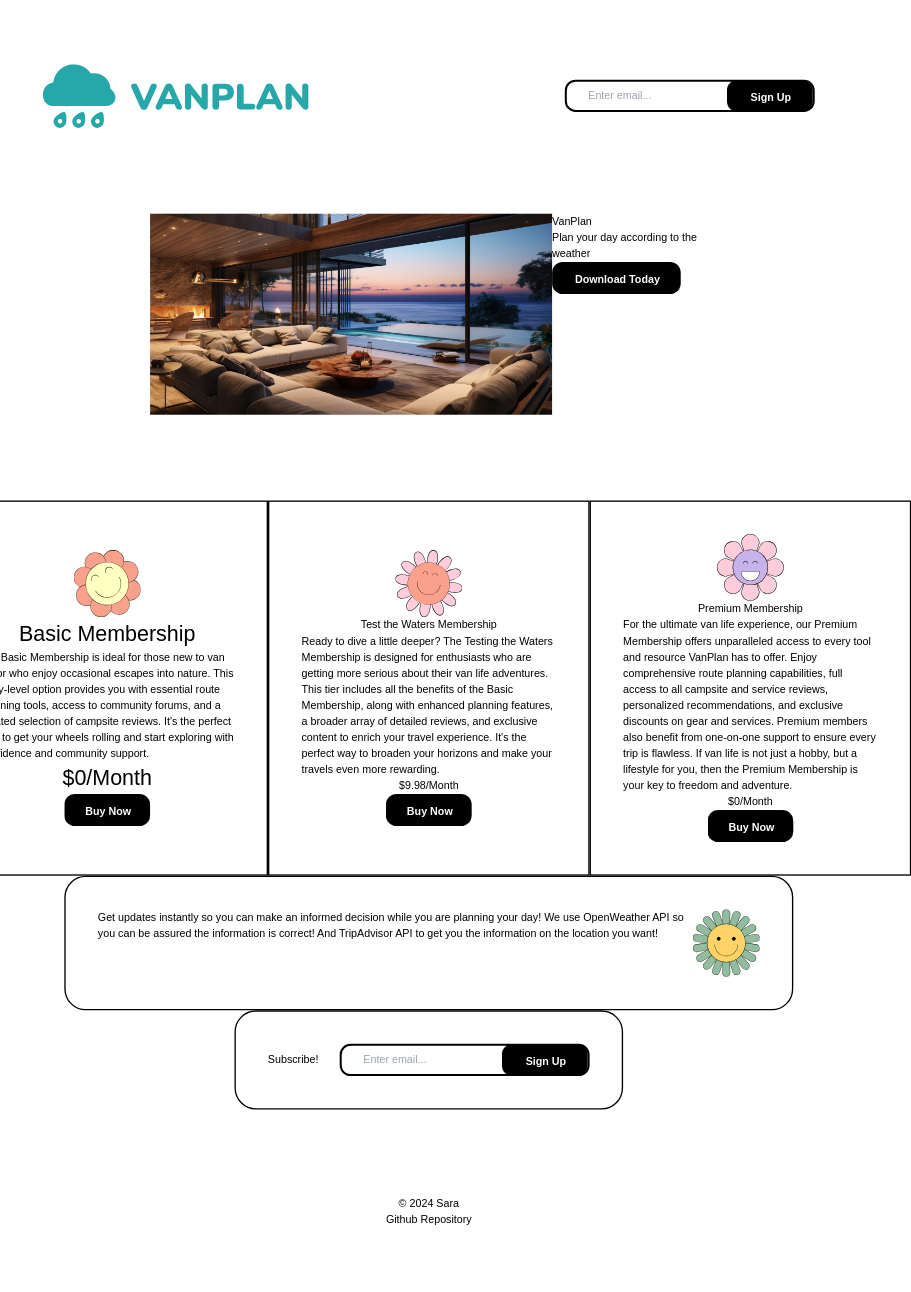
Repository: SaraShio/landing-page
Page: /
These files come from the project's save history. The page is drawn as it stood at one moment and after a run of saves; the edit follows.
The browser window is 1280 px wide. The page is 1360 px wide, so the pictures cover 1360 px, including what lies to the right of the window. The pictures show the whole page, at 67% of full size.
The project was rebuilt for these pictures with package versions that can differ from the ones it lists, and the page was loaded fresh each time. The framework's server and built-in components were replaced by stand-ins that run in the browser. Also part of the build but not shown: next.config.mjs.

Above is the page before, as saved 2024-03-08 21:37:19.

### src/pages/index.tsx
//import Spline from '@splinetool/react-spline';

import Image from "next/image";

import Header from "../../components/Header";
import Hero from "../../components/Hero";
import PriceCards from '../../components/PriceCards';
import SubBanner from "../../components/SubBanner";
import Subscribe from "../../components/Subscribe";
import Footer from "../../components/Footer";

export default function Home() {
  return (
    <main className={`flex min-h-screen flex-col items-center justify-between p-24`}>
      <Header />
      <Hero/>
      <PriceCards/>
      <SubBanner/>
      <Subscribe/>
      <Footer />
    </main>
  );
}

### src/styles/globals.css
@tailwind base;
@tailwind components;
@tailwind utilities;

@import url('https://fonts.googleapis.com/css2?family=Nunito:wght@400;600;700&display=swap');

:root {
 --black:#000000;
 --white: #FFFFFF;
 --light-gray: #B6B6B6;
 --teal: #26A8AB;
 --mint: #51BAA7;
 --salmon: #DB7F73;
 --light-green: #DCDFCC;

 --card-padding: 3rem;
}

body {
  font-family: 'Nunito', sans-serif;
}

### components/Header/index.tsx
import Image from "next/image";
import styles from "./Header.module.css";

export default function Header() {
  return (
    <>
      <div className={styles.header_container}>
        <div className={styles.logo_img}>
          <Image
            src="/images/green_logo.svg"
            alt="VanPlan Logo"
            width={400}
            height={400}
          />
        </div>

        <div className={styles.input_container}>
        <form>
            <input type="text" placeholder="Enter email...">

            </input>
        </form>
        <button className={styles.signup_button}>Sign Up</button>
        </div>
      </div>
    </>
  );
}

### components/Hero/index.tsx
import Image from "next/image";
import styles from "./Hero.module.css";

export default function Hero() {
  return (
    <>
      <div className={styles.hero_container}>
        <Image src="/images/test1.jpeg" alt="Test" width={600} height={600} />

        <div>
          <h1>VanPlan</h1>
          <h1>Plan your day according to the weather</h1>
          <button className={styles.download_button}>Download Today</button>
        </div>
      </div>
    </>
  );
}

### components/PriceCards/index.tsx
import styles from './PriceCards.module.css';

import CardOne from "../CardOne";
import CardTwo from "../CardTwo";
import CardThree from "../CardThree";

export default function PriceCards() {
  return (
    <>
      <div className={styles.price_card_container}>
        <CardOne />
        <CardTwo />
        <CardThree />
      </div>
    </>
  );
}

### components/SubBanner/index.tsx
import Image from "next/image";
import styles from "./SubBanner.module.css";


export default function SubBanner() {
  return (
    <main className={styles.sub_banner_container}>

    <h1>Get updates instantly so you can make an informed decision while you are planning your day! We use OpenWeather API so you can be assured the information is correct! And TripAdvisor API to get you the information on the location you want!</h1>

    <Image src="/images/test5.svg" alt="Test" width={100} height={100} />


    </main>
  );
}

### components/Subscribe/index.tsx
import Image from "next/image";
import styles from "./Subscribe.module.css";

export default function Subscribe() {
  return (
    <main className={styles.subscribe_container}>
      <h1>Subscribe!</h1>

      <form className={styles.input_container}>
        <input type="text" placeholder="Enter email..."></input>
        <button className={styles.signup_button}>Sign Up</button>
      </form>

    </main>
  );
}

### components/Footer/index.tsx
import Image from 'next/image';
import styles from './Footer.module.css';

export default function Footer(){
    return (
        <>
            <footer className={styles.footer_container}>
                <p>&copy; {new Date().getFullYear()} Sara</p>
                <a href="https://github.com/Haydenleung/MDIA-3109-Final-Project.git" target="_blank" rel="noopener noreferrer">Github Repository</a>
            </footer>
        </>
    )
}

### components/Header/Header.module.css
.header_container{
    display: flex;
    justify-content: space-between;
    align-items: center;
    width: 100vw;
    padding-right: 4rem;
    padding-left: 4rem;
  }

  .signup_button{
    border: 3px solid var(--black);
    border-right: none;
    border-radius: 1rem;
    padding: 12px;
    width: 8rem;
    height: 3rem;
    background-color: var(--black);
    color: var(--white);
    font-weight: 600;
  }

  .input_container{
    display: flex;
    align-items: center;
    border: 3px solid var(--black);
    border-radius: 1rem;
    height: 3rem;
    padding-left: 2rem;
  }

### components/Hero/Hero.module.css
.hero_container{
display: flex;
padding: 8rem;
}

.download_button{
    border: 3px solid var(--black);
    border-right: none;
    border-radius: 1rem;
    padding: 12px;
    width: 12rem;
    height: 3rem;
    background-color: var(--black);
    color: var(--white);
    font-weight: 600;
}

### components/PriceCards/PriceCards.module.css
.price_card_container{
    display: flex;
    flex-direction: row;
}

### components/CardOne/index.tsx
import Image from "next/image";
import styles from "./CardOne.module.css";

export default function CardOne() {
  return (
    <>
      <div className={styles.card_one_container}>
        <Image src="/images/test2.svg" alt="Test" width={100} height={100} />
        <h1>Basic Membership</h1>
        <p>
          Our Basic Membership is ideal for those new to van life or who enjoy
          occasional escapes into nature. This entry-level option provides you
          with essential route planning tools, access to community forums, and a
          curated selection of campsite reviews. It's the perfect way to get
          your wheels rolling and start exploring with confidence and community
          support.
        </p>

        <h1>$0/Month</h1>

        <button className={styles.buy_button}>Buy Now</button>
      </div>
    </>
  );
}

### components/CardTwo/index.tsx
import Image from "next/image";
import styles from "./CardTwo.module.css";

export default function CardTwo() {
  return (
    <>
      <div className={styles.card_two_container}>
      <Image src="/images/test3.svg" alt="Test" width={100} height={100} />
      <h1>Test the Waters Membership</h1>
      <p>Ready to dive a little deeper? The Testing the Waters Membership is designed for enthusiasts who are getting more serious about their van life adventures. This tier includes all the benefits of the Basic Membership, along with enhanced planning features, a broader array of detailed reviews, and exclusive content to enrich your travel experience. It's the perfect way to broaden your horizons and make your travels even more rewarding.</p>

      <h1>$9.98/Month</h1>

      <button className={styles.buy_button}>Buy Now</button>
      </div>
    </>
  );
}

### components/CardThree/index.tsx
import Image from "next/image";
import styles from "./CardThree.module.css";

export default function CardThree() {
  return (
    <>
      <div className={styles.card_three_container}>
        <Image src="/images/test4.svg" alt="Test" width={100} height={100} />
        <h1>Premium Membership</h1>
        <p>
          For the ultimate van life experience, our Premium Membership offers
          unparalleled access to every tool and resource VanPlan has to offer.
          Enjoy comprehensive route planning capabilities, full access to all
          campsite and service reviews, personalized recommendations, and
          exclusive discounts on gear and services. Premium members also benefit
          from one-on-one support to ensure every trip is flawless. If van life
          is not just a hobby, but a lifestyle for you, then the Premium
          Membership is your key to freedom and adventure.
        </p>

        <h1>$0/Month</h1>

        <button className={styles.buy_button}>Buy Now</button>
      </div>
    </>
  );
}

### components/SubBanner/SubBanner.module.css
.sub_banner_container{
    display: flex;
    border: 2px solid var(--black);
    border-radius: 2rem;
    padding: var(--card-padding);
}

### components/Subscribe/Subscribe.module.css
.subscribe_container{
    display: flex;
    flex-direction: row;
    align-items: center;
    border: 2px solid var(--black);
    border-radius: 2rem;
    padding: var(--card-padding);
}

.signup_button{
    border: 3px solid var(--black);
    border-right: none;
    border-radius: 1rem;
    padding: 12px;
    width: 8rem;
    height: 3rem;
    background-color: var(--black);
    color: var(--white);
    font-weight: 600;
  }

  .input_container{
    display: flex;
    align-items: center;
    border: 3px solid var(--black);
    border-radius: 1rem;
    height: 3rem;
    padding-left: 2rem;
    margin-left: 2rem;
  }

### components/Footer/Footer.module.css
.footer_container {
    display: flex;
    flex-direction: column;
    justify-content: center;
    align-items: center;
    width: 100vw;
    padding-top: 8rem;
}

### components/CardOne/CardOne.module.css
.card_one_container{
    border: 2px solid var(--black);
    padding: var(--card-padding);
    width: 30rem;
    display: flex;
    flex-direction: column;
    justify-content: center;
    align-items: center;
}

.card_one_container > h1{
font-size: 2rem;
pad
}

.buy_button{
    border: 3px solid var(--black);
    border-right: none;
    border-radius: 1rem;
    padding: 12px;
    width: 8rem;
    height: 3rem;
    background-color: var(--black);
    color: var(--white);
    font-weight: 600;
}

### components/CardTwo/CardTwo.module.css
.card_two_container{
    border: 2px solid var(--black);
    padding: var(--card-padding);
    width: 30rem;
    display: flex;
    flex-direction: column;
    justify-content: center;
    align-items: center;
}

.buy_button{
    border: 3px solid var(--black);
    border-right: none;
    border-radius: 1rem;
    padding: 12px;
    width: 8rem;
    height: 3rem;
    background-color: var(--black);
    color: var(--white);
    font-weight: 600;
}

### components/CardThree/CardThree.module.css
.card_three_container{
    border: 2px solid var(--black);
    padding: var(--card-padding);
    width: 30rem;
    display: flex;
    flex-direction: column;
    justify-content: center;
    align-items: center;
}

.buy_button{
    border: 3px solid var(--black);
    border-right: none;
    border-radius: 1rem;
    padding: 12px;
    width: 8rem;
    height: 3rem;
    background-color: var(--black);
    color: var(--white);
    font-weight: 600;
}

Loaded but not shown: src/pages/_app.tsx (common file); src/pages/_document.tsx (common file); tailwind.config.ts (common file)

After the next 2 saves:
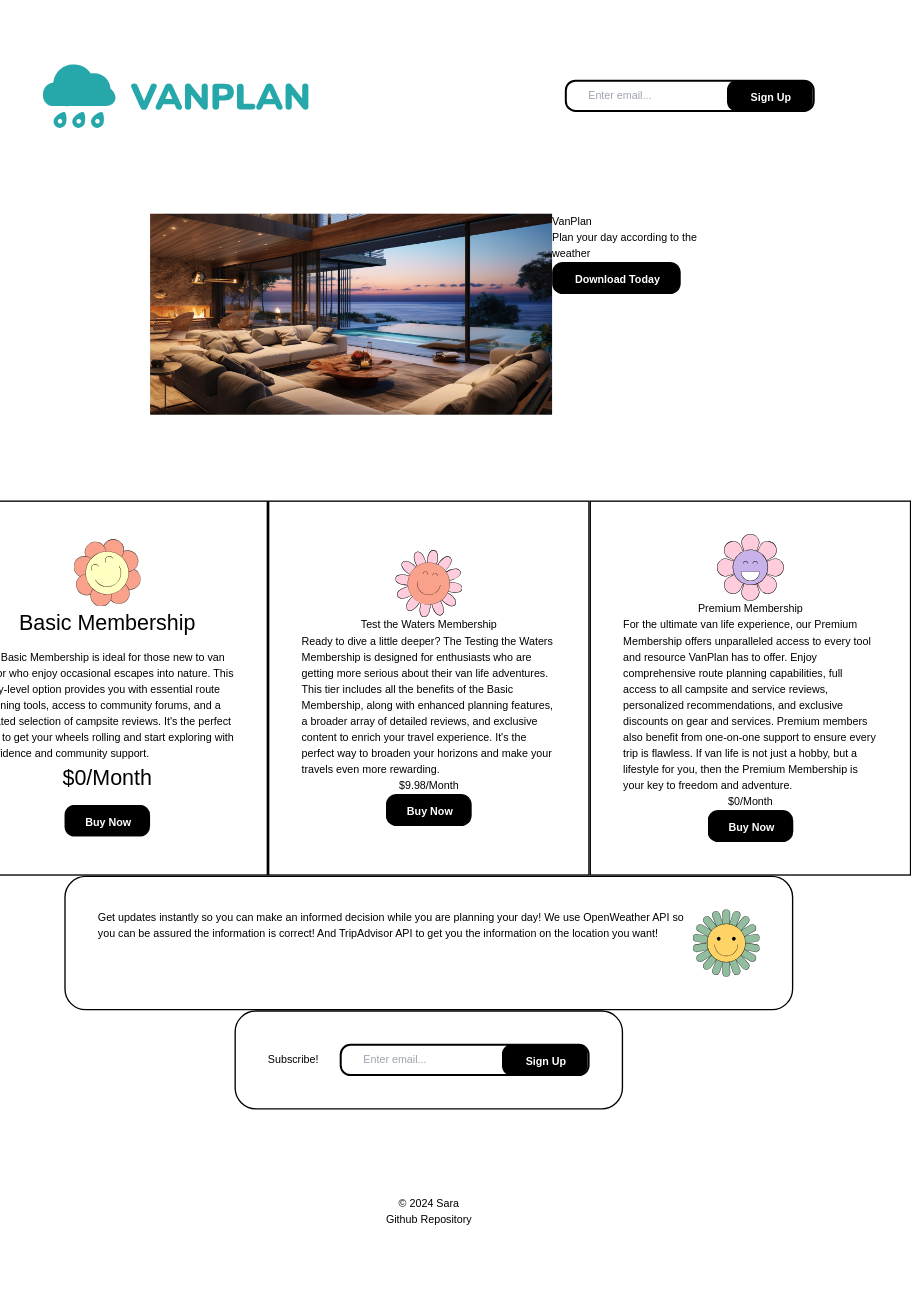
The 2 saves are shown as one change because they came seconds apart.
The last was saved 7 s later.
--- a/components/CardOne/CardOne.module.css
+++ b/components/CardOne/CardOne.module.css
@@ -10,7 +10,7 @@
 
 .card_one_container > h1{
 font-size: 2rem;
-pad
+margin-bottom: 1rem;
 }
 
 .buy_button{
